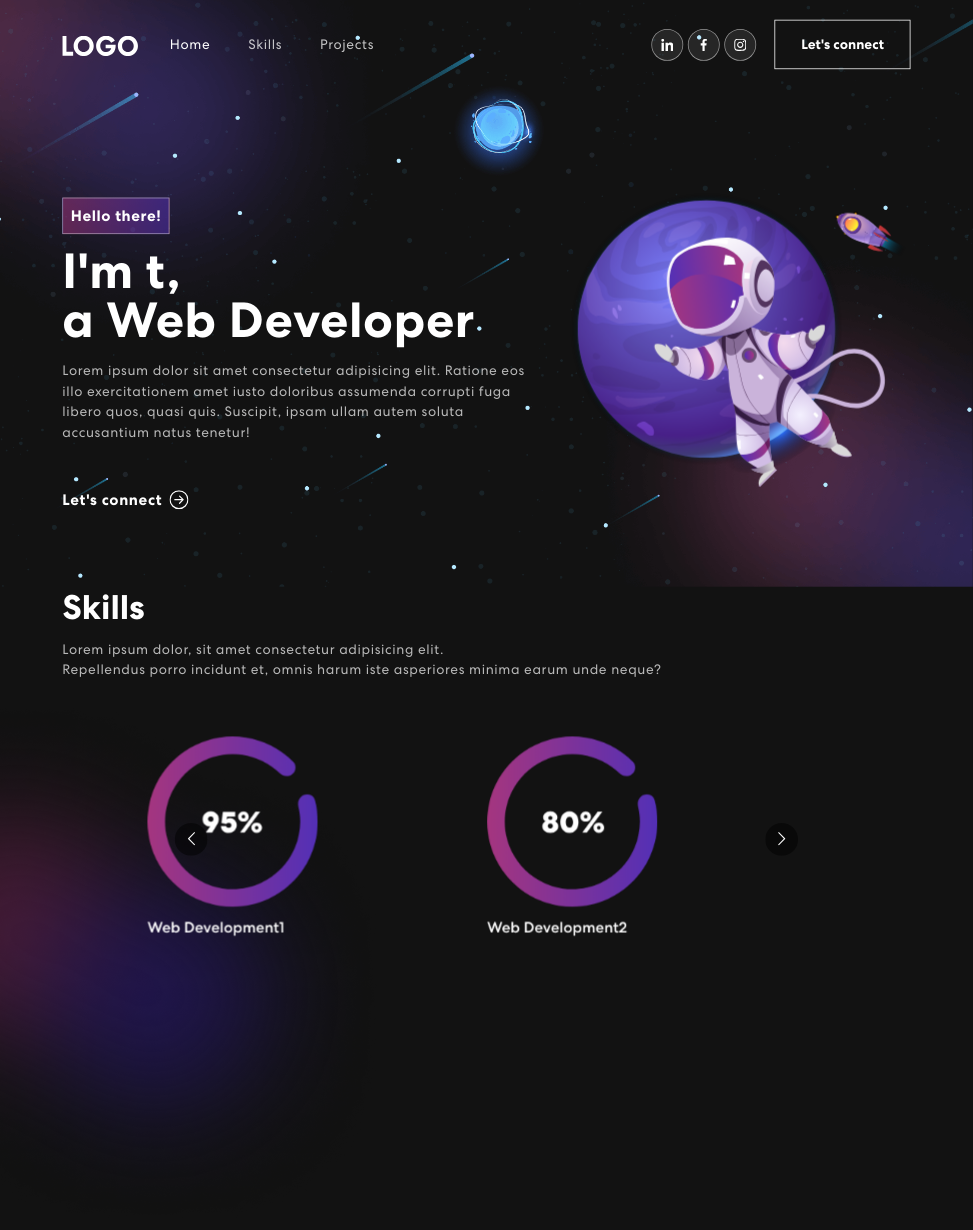
Repository: tynoschuck/personal-space-portfolio
Page: /
The author's editor kept a copy of each file at every save. The page is drawn from the files as they stood at one save, then again after the next save.
The browser window is 1280 px wide. The pictures show the whole page, at 76% of full size.
The project was rebuilt for these pictures with package versions that can differ from the ones it lists, and the page was loaded fresh each time.

Above is the page before, as saved 2023-01-02 13:39:38.

### src/App.js
import logo from "./logo.svg";
import "./App.css";
import { NavBar } from "./components/NavBar";
import { Banner } from "./components/Banner";
import { Skills } from "./components/Skills";
import "bootstrap/dist/css/bootstrap.min.css";

function App() {
  return (
    <div className="App">
      <NavBar />
      <Banner />
      <Skills />
    </div>
  );
}

export default App;

### src/App.css
@font-face {
  font-family: Centra;
  src: url('./assets/font/CentraNo2-Bold.ttf');
  font-weight: 700;
}
@font-face {
  font-family: Centra;
  src: url('./assets/font/CentraNo2-Book.ttf');
  font-weight: 400;
}
@font-face {
  font-family: Centra;
  src: url('./assets/font/CentraNo2-Medium.ttf');
  font-weight: 500;
}

* {
  margin: 0;
  padding: 0;
  box-sizing: border-box;
}
html {
  scroll-behavior: smooth;
  scroll-padding-top: 75px;
}
body {
  font-weight: 400;
  overflow-x: hidden;
  position: relative;
  background-color: #121212 !important;
  color: #fff !important;
  font-family: Centra, sans-serif !important;
}

h1, h2, h3, h4, h5, h6 {
  margin: 0;
  padding: 0;
  line-height: normal;
}

a:hover {
  text-decoration: none;
}

img {
  width: 100%;
  height: auto;
}

button {
  border: 0;
  background-color: transparent;
}

input:focus, textarea:focus, select:focus {
  outline: none;
}

@media (min-width:1700px) {
	main .container {
		max-width: 100%;
		padding: 0 150px;
	}
}

p.success {
	color: green;
}

p.danger {
	color: red;
}
/************ Navbar Css ************/
nav.navbar {
  padding: 18px 0;
  position: fixed;
  width: 100%;
  top: 0;
  z-index: 9999;
  transition:  0.32s ease-in-out;
}
nav.navbar.scrolled {
  padding: 0px 0;
  background-color: #121212;
}
nav.navbar a.navbar-brand {
    width: 9%;
}
nav.navbar .navbar-nav .nav-link.navbar-link {
  font-weight: 400;
  color: #fff !important;
  letter-spacing: 0.8px;
  padding: 0 25px;
  font-size: 18px;
  opacity: 0.75;
}
nav.navbar .navbar-nav a.nav-link.navbar-link:hover,
nav.navbar .navbar-nav a.nav-link.navbar-link.active {
    opacity: 1;
}
span.navbar-text {
    display: flex;
    align-items: center;
}
.social-icon {
    display: inline-block;
    margin-left: 14px;
}
.social-icon a {
    width: 42px;
    height: 42px;
    background: rgba(217, 217, 217, 0.1);
    display: inline-flex;
    border-radius: 50%;
    margin-right: 6px;
    align-items: center;
    justify-content: center;
    line-height: 1;
    border: 1px solid rgba(255, 255, 255, 0.5);
}
.social-icon a::before {
    content: "";
    width: 42px;
    height: 42px;
    position: absolute;
    background-color: #ffffff;
    border-radius: 50%;
    transform: scale(0);
	transition: 0.3s ease-in-out;
}
.social-icon a:hover::before {
    transform: scale(1);
}
.social-icon a img {
	width: 40%;
	z-index: 1;
	transition: 0.3s ease-in-out;
}
.social-icon a:hover img {
	filter: brightness(0) saturate(100%) invert(0%) sepia(7%) saturate(98%) hue-rotate(346deg) brightness(95%) contrast(86%);
}
.navbar-text button {
  font-weight: 700;
  color: #fff;
  border: 1px solid #fff;
  padding: 18px 34px;
  font-size: 18px;
  margin-left: 18px;
	position: relative;
	background-color: transparent;
	transition: 0.3s ease-in-out;
}
.navbar-text button span {
  z-index: 1;
}
.navbar-text button::before {
  content: "";
  width: 0%;
  height: 100%;
  position: absolute;
  background-color: #fff;
  left: 0;
  top: 0;
  z-index: -1;
  transition: 0.3s ease-in-out;
}
.navbar-text button:hover {
  color: #121212;
}
.navbar-text button:hover::before {
	content: "";
	width: 100%;
	height: 100%;
	position: absolute;
}
nav.navbar .navbar-toggler:active,
nav.navbar .navbar-toggler:focus {
	outline: none;
    box-shadow: none;
}
nav.navbar .navbar-toggler-icon {
  width: 24px;
  height: 17px;
  background-image: none;
  position: relative;
  border-bottom: 2px solid #fff;
  transition: all 300ms linear;
  top: -2px;
}
nav.navbar .navbar-toggler-icon:focus {
	border-bottom: 2px solid #fff;
}
nav.navbar .navbar-toggler-icon:after,
nav.navbar .navbar-toggler-icon:before {
	width: 24px;
	position: absolute;
	height: 2px;
	background-color: #fff;
	top: 0;
	left: 0;
	content: '';
	z-index: 2;
	transition: all 300ms linear;
}
nav.navbar .navbar-toggler-icon:after {
	top: 8px;
}
nav.navbar .navbar-toggler[aria-expanded="true"] .navbar-toggler-icon:after {
	transform: rotate(45deg);
	background-color: #fff;
	height: 2px;
}
nav.navbar .navbar-toggler[aria-expanded="true"] .navbar-toggler-icon:before {
	transform: translateY(8px) rotate(-45deg);
	background-color: #fff;
	height: 2px;
}
nav.navbar .navbar-toggler[aria-expanded="true"] .navbar-toggler-icon {
	border-color: transparent;
}

/************ Banner Css ************/
.banner {
  margin-top: 0;
  padding: 260px 0 100px 0;
  background-image: url('./assets/img/banner-bg.png');
  background-position: top center;
  background-size: cover;
  background-repeat: no-repeat;
}
.banner .tagline {
  font-weight: 700;
  letter-spacing: 0.8px;
  padding: 8px 10px;
  background: linear-gradient(90.21deg, rgba(170, 54, 124, 0.5) -5.91%, rgba(74, 47, 189, 0.5) 111.58%);
  border: 1px solid rgba(255, 255, 255, 0.5);
  font-size: 20px;
  margin-bottom: 16px;
  display: inline-block;
}
.banner h1 {
  font-size: 65px;
  font-weight: 700;
  letter-spacing: 0.8px;
  line-height: 1;
  margin-bottom: 20px;
  display: block;
}
.banner p {
  color: #B8B8B8;
  font-size: 18px;
  letter-spacing: 0.8px;
  line-height: 1.5em;
  width: 96%;
}
.banner button {
  color: #fff;
  font-weight: 700;
  font-size: 20px;
  margin-top: 60px;
  letter-spacing: 0.8px;
  display: flex;
  align-items: center;
}
.banner button svg {
  font-size: 25px;
  margin-left: 10px;
  transition: 0.3s ease-in-out;
  line-height: 1;
}
.banner button:hover svg {
  margin-left: 25px;
}
.banner img {
  animation: updown 3s linear infinite;
}
@keyframes updown {
    0% {
        transform: translateY(-20px);
    }
    50% {
        transform: translateY(20px);
    }
    100% {
        transform: translateY(-20px);
    }
}
.txt-rotate > .wrap {
  border-right: 0.08em solid #666;
}
/************ Skills Css ************/
.skill {
  padding: 0 0 50px 0;
  position: relative;
}
.skill-bx {
  background: #151515;
  border-radius: 64px;
  text-align: center;
  padding: 60px 50px;
  margin-top: -60px;
}
.skill h2 {
	font-size: 45px;
	font-weight: 700;
}
.skill p {
    color: #B8B8B8;
    font-size: 18px;
    letter-spacing: 0.8px;
    line-height: 1.5em;
    margin: 14px 0 75px 0;
}
.skill-slider {
  width: 80%;
  margin: 0 auto;
  position: relative;
}
.skill-slider .item img {
  width: 50%;
  margin: 0 auto 15px auto;
}
.background-image-left {
  top: 28%;
  position: absolute;
  bottom: 0;
  width: 40%;
  z-index: -4;
}

### src/components/NavBar.js
import { useState, useEffect } from "react";
import { Navbar, Container, Nav } from "react-bootstrap";
import logo from "../assets/img/logo.svg";
import navIcon1 from "../assets/img/nav-icon1.svg";
import navIcon2 from "../assets/img/nav-icon2.svg";
import navIcon3 from "../assets/img/nav-icon3.svg";

export const NavBar = () => {
  const [activeLink, setActiveLink] = useState("home");
  const [scrolled, setScrolled] = useState(false);

  useEffect(() => {
    const onScroll = () => {
      if (window.scrollY > 50) {
        setScrolled(true);
      } else {
        setScrolled(false);
      }
    };
    window.addEventListener("scroll", onScroll);

    return () => window.removeEventListener("scroll", onScroll);
  }, []);

  const onUpdateActiveLink = (value) => {
    setActiveLink(value);
  };

  return (
    <Navbar expand="lg" className={scrolled ? "scrolled" : ""}>
      <Container>
        <Navbar.Brand href="#home">
          <img src={logo} alt="logo" />
        </Navbar.Brand>
        <Navbar.Toggle aria-controls="basic-navbar-nav">
          <span className="navbar-toggler-icon"></span>
        </Navbar.Toggle>
        <Navbar.Collapse id="basic-navbar-nav">
          <Nav className="me-auto">
            <Nav.Link
              href="#home"
              className={
                activeLink === "home" ? "active navbar-link" : "navbar-link"
              }
              onClick={() => onUpdateActiveLink("home")}
            >
              Home
            </Nav.Link>
            <Nav.Link
              href="#skills"
              className={
                activeLink === "skills" ? "active navbar-link" : "navbar-link"
              }
              onClick={() => onUpdateActiveLink("skills")}
            >
              Skills
            </Nav.Link>
            <Nav.Link
              href="#projects"
              className={
                activeLink === "projects" ? "active navbar-link" : "navbar-link"
              }
              onClick={() => onUpdateActiveLink("projects")}
            >
              Projects
            </Nav.Link>
          </Nav>
          <span className="navbar-text">
            <div className="social-icon">
              <a href="#">
                <img src={navIcon1} alt="" />
              </a>
              <a href="#">
                <img src={navIcon2} alt="" />
              </a>
              <a href="#">
                <img src={navIcon3} alt="" />
              </a>
            </div>
            <button className="vvd">
              <span>Let's connect</span>
            </button>
          </span>
        </Navbar.Collapse>
      </Container>
    </Navbar>
  );
};

### src/components/Banner.js
import { useState, useEffect } from "react";
import { Container, Row, Col } from "react-bootstrap";
import { ArrowRightCircle } from "react-bootstrap-icons";
import headerImg from "../assets/img/header-img.svg";

export const Banner = () => {
  const [loopNum, setLoopNum] = useState(0);
  const [isDeleting, setIsDeleting] = useState(false);
  const toRotate = ["Dado", "tynoschuck", "Davide"];
  const [text, setText] = useState("");
  const [delta, setDelta] = useState(300 - Math.random() * 100);
  const period = 2000;

  useEffect(() => {
    let ticker = setInterval(() => {
      tick();
    }, delta);

    return () => {
      clearInterval(ticker)};
  // eslint-disable-next-line react-hooks/exhaustive-deps
  }, [text])

  const tick = () => {
    let i = loopNum % toRotate.length;
    let fullText = toRotate[i];
    let updatedText = isDeleting
      ? fullText.substring(0, text.length - 1)
      : fullText.substring(0, text.length + 1);
    setText(updatedText);

    if (isDeleting) {
      setDelta((prevDelta) => prevDelta / 2);
    }
    if (!isDeleting && updatedText === fullText) {
      setIsDeleting(true);
      setDelta(period);
    } else if (isDeleting && updatedText === "") {
      setIsDeleting(false);
      setLoopNum(loopNum + 1);
      setDelta(500);
    }
  }

  return (
    <section className="banner" id="home">
      <Container>
        <Row className="align-items-center">
          <Col xs={12} md={6} xl={7}>
            <span className="tagline">Hello there!</span>
            <h1>
              <span className="wrap">I'm {text}, </span>
              <br />{`a Web Developer`}
            </h1>
            <p>
              Lorem ipsum dolor sit amet consectetur adipisicing elit. Ratione
              eos illo exercitationem amet iusto doloribus assumenda corrupti
              fuga libero quos, quasi quis. Suscipit, ipsam ullam autem soluta
              accusantium natus tenetur!
            </p>
            <button>
              Let's connect <ArrowRightCircle size={25} />
            </button>
          </Col>
          <Col xs={12} md={6} xl={5}>
            <img src={headerImg} alt="header_img" />
          </Col>
        </Row>
      </Container>
    </section>
  );
};

### src/components/Skills.js
import { Container, Row, Col } from "react-bootstrap";
import Carousel from "react-multi-carousel";
import "react-multi-carousel/lib/styles.css";

import meter1 from '../assets/img/meter1.svg';
import meter2 from '../assets/img/meter2.svg';
import meter3 from '../assets/img/meter3.svg';
import colorSharp from '../assets/img/color-sharp.png';


export const Skills = () => {
    const responsive = {
        superLargeDesktop: {
          // the naming can be any, depends on you.
          breakpoint: { max: 4000, min: 3000 },
          items: 5
        },
        desktop: {
          breakpoint: { max: 3000, min: 1024 },
          items: 3
        },
        tablet: {
          breakpoint: { max: 1024, min: 464 },
          items: 2
        },
        mobile: {
          breakpoint: { max: 464, min: 0 },
          items: 1
        }
      };

      return (
        <section className="skill" id="skills">
            <Container>
                <Row>
                    <Col>
                        <div className="skills-bx">
                            <h2>
                                Skills
                            </h2>
                            <p>Lorem ipsum dolor, sit amet consectetur adipisicing elit. <br />Repellendus porro incidunt et, omnis harum iste asperiores minima earum unde neque?</p>
                            <Carousel responsive={responsive} infinite={true} className="skill-slider">
                                <div className="item">
                                    <img src={meter1} alt="Carousel_img" />
                                    <h5>Web Development1</h5>
                                </div>
                                <div className="item">
                                    <img src={meter2} alt="Carousel_img" />
                                    <h5>Web Development2</h5>
                                </div>
                                <div className="item">
                                    <img src={meter3} alt="Carousel_img" />
                                    <h5>Web Development3</h5>
                                </div>
                                <div className="item">
                                    <img src={meter1} alt="Carousel_img" />
                                    <h5>Web Development1</h5>
                                </div>
                            </Carousel>
                        </div>
                    </Col>
                </Row>
            </Container>
            <img className="background-image-left" src={colorSharp} alt="" />
        </section>
      )
}

Loaded but not shown: public/index.html (common file); src/index.js (common file); src/index.css (common file); src/reportWebVitals.js (common file)

After the next save:
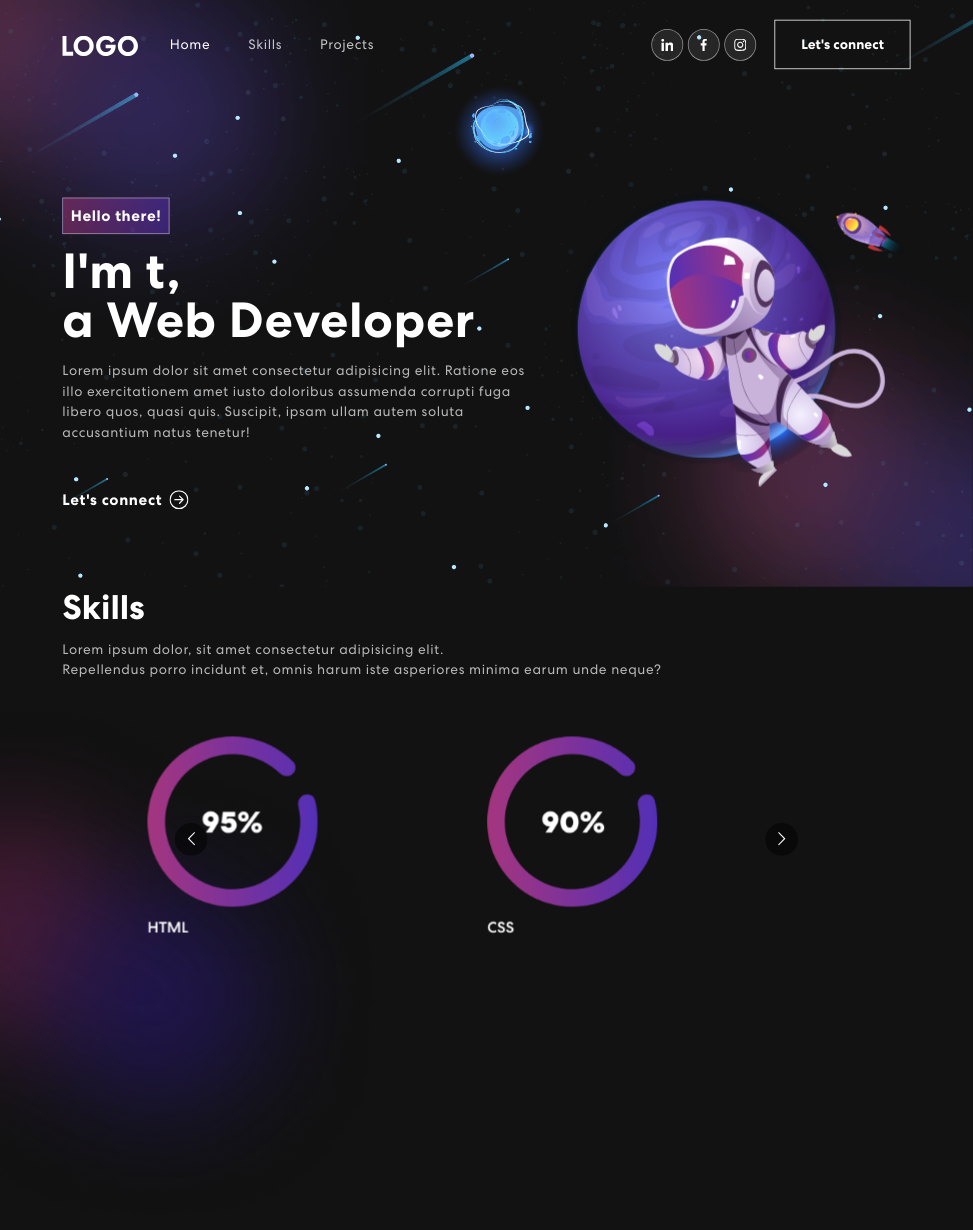
Saved 4 min 38 s later.
--- a/src/components/Skills.js
+++ b/src/components/Skills.js
@@ -42,19 +42,19 @@ export const Skills = () => {
                             <Carousel responsive={responsive} infinite={true} className="skill-slider">
                                 <div className="item">
                                     <img src={meter1} alt="Carousel_img" />
-                                    <h5>Web Development1</h5>
+                                    <h5>HTML</h5>
+                                </div>
+                                <div className="item">
+                                    <img src={meter3} alt="Carousel_img" />
+                                    <h5>CSS</h5>
                                 </div>
                                 <div className="item">
                                     <img src={meter2} alt="Carousel_img" />
-                                    <h5>Web Development2</h5>
+                                    <h5>Javascript</h5>
                                 </div>
                                 <div className="item">
-                                    <img src={meter3} alt="Carousel_img" />
-                                    <h5>Web Development3</h5>
-                                </div>
-                                <div className="item">
-                                    <img src={meter1} alt="Carousel_img" />
-                                    <h5>Web Development1</h5>
+                                    <img src={meter2} alt="Carousel_img" />
+                                    <h5>React</h5>
                                 </div>
                             </Carousel>
                         </div>
